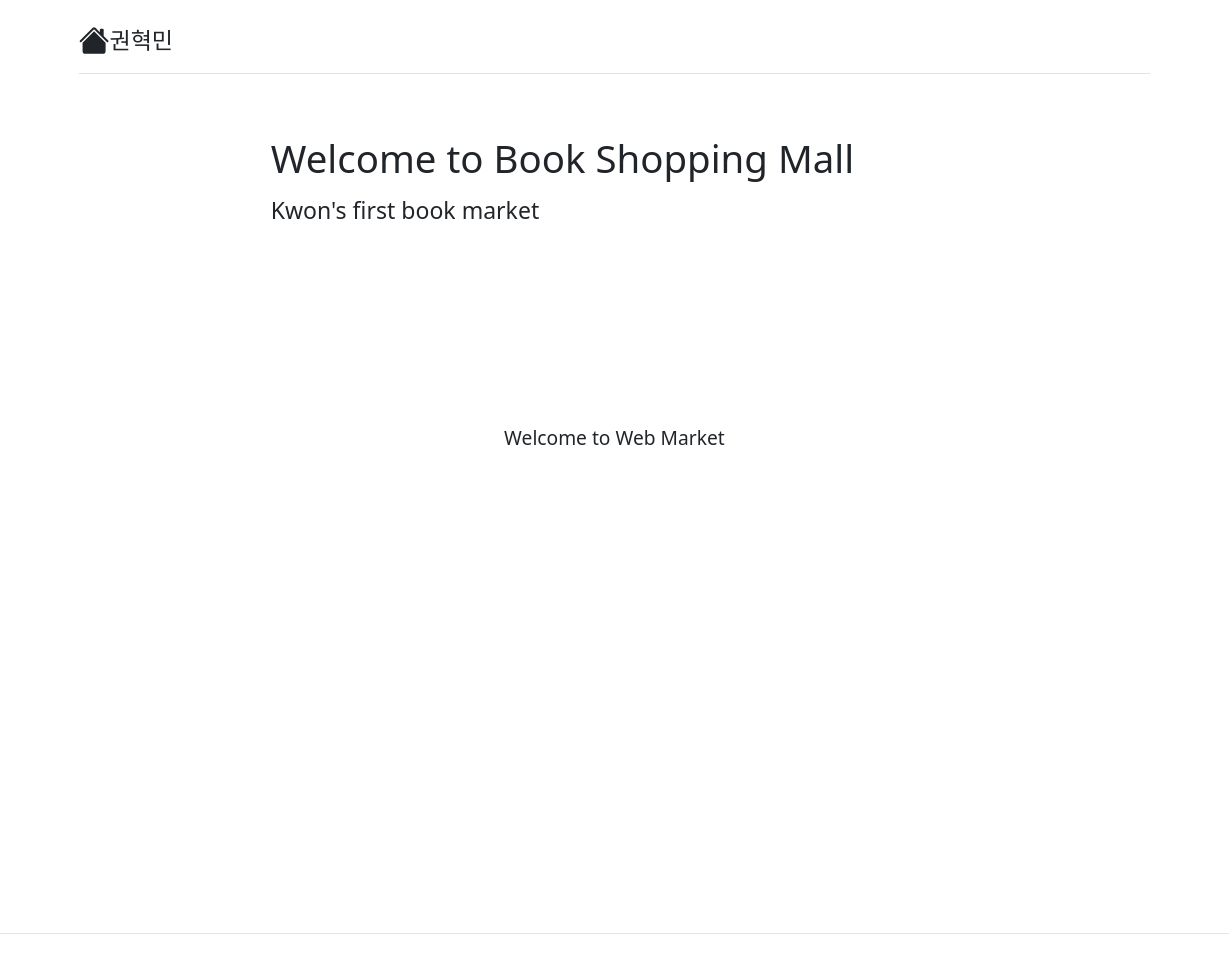
Repository: minn0701/JSP-Webbprogramming
Page: http://localhost/BookMarket/Welcome.jsp
These files come from the project's save history. The page is drawn as it stood at one moment and after the next save; the edit follows.
The browser window is 1280 px wide. The pictures show the whole page, at 96% of full size.
The page is served by Tomcat 9.

Above is the page before, as saved 2024-03-20 13:25:10.

After the next save:
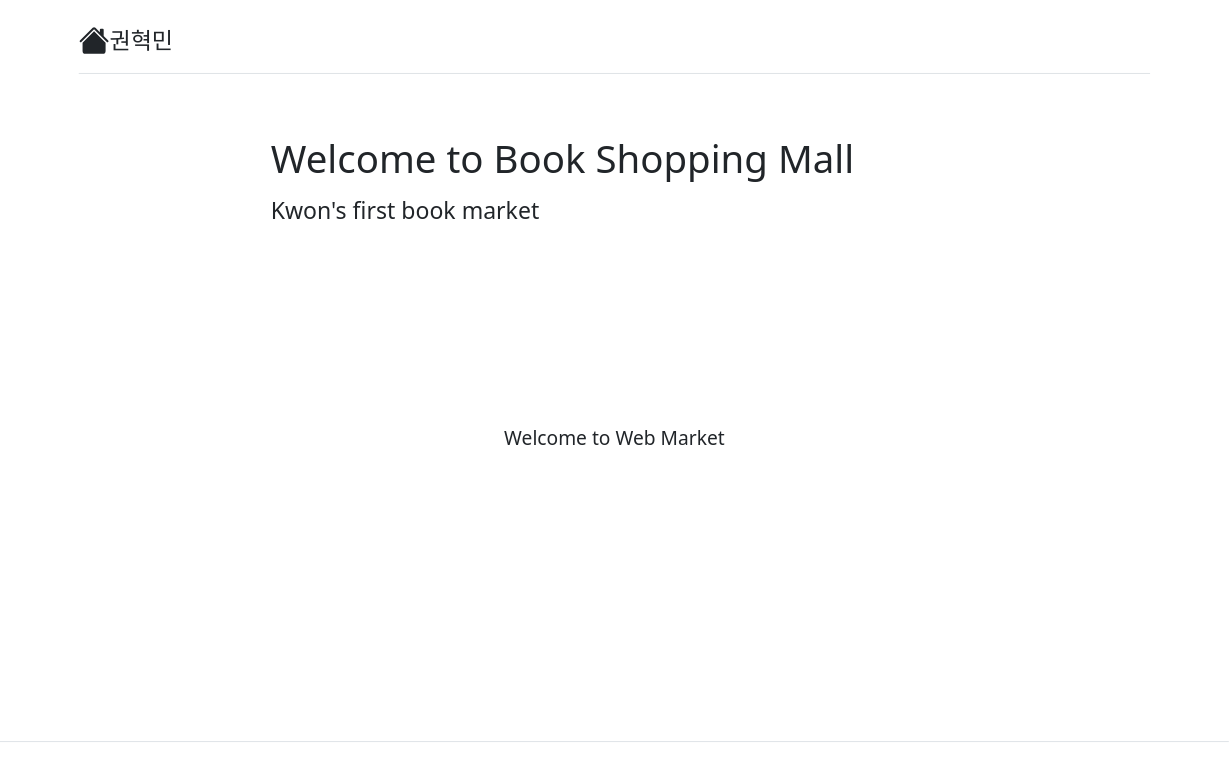
Saved 15 s later.
--- a/BookMarket/src/main/webapp/Welcome.jsp
+++ b/BookMarket/src/main/webapp/Welcome.jsp
@@ -50,7 +50,7 @@
 
 </div>
 
-<div style="margin-top: 500px;"
+<div style="margin-top: 300px;"
 
 
 
